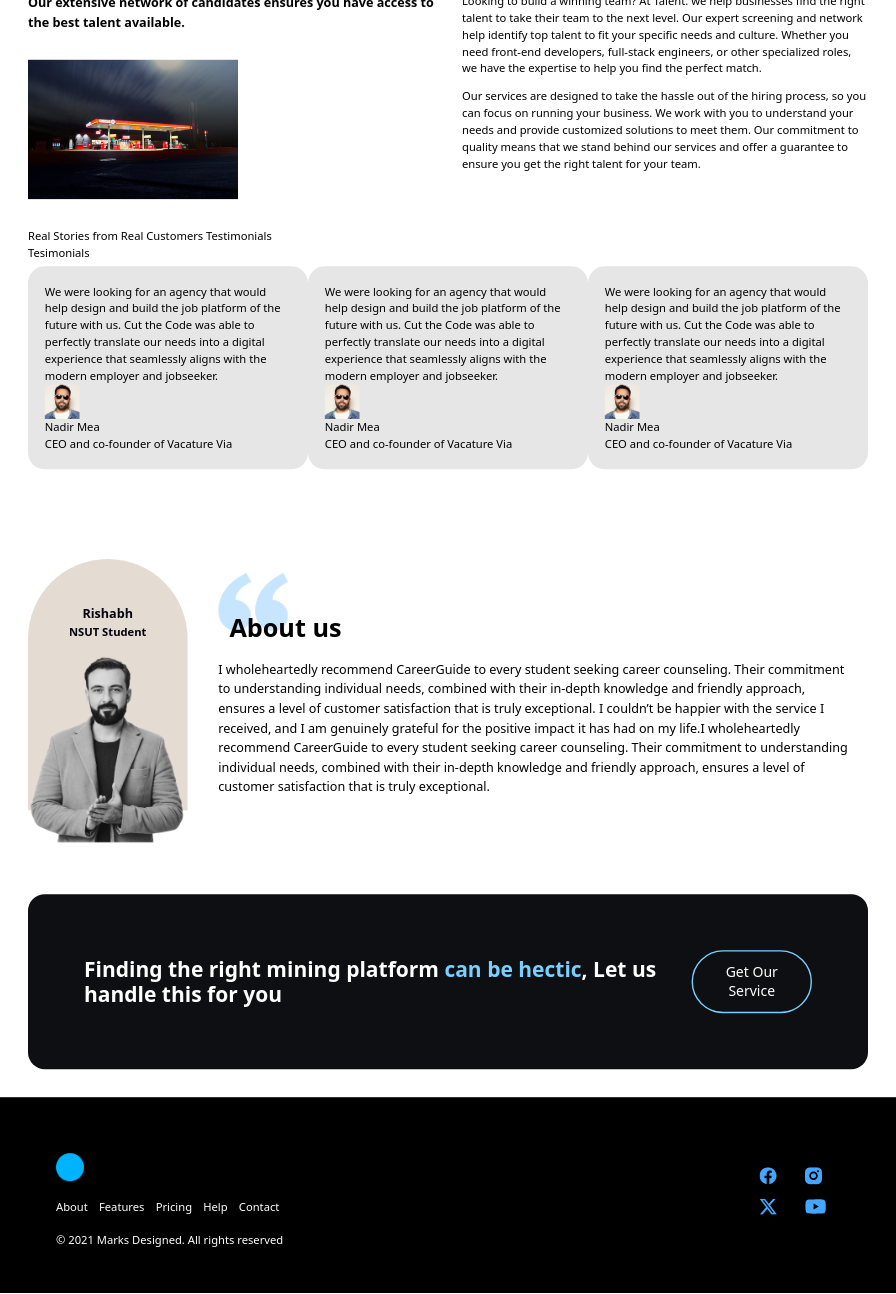
Repository: ayushtenguria/uniteksol
Page: /
The author's editor kept a copy of each file at every save. The page is drawn from the files as they stood at one save, then again after the next save.
The browser window is 1280 px wide. The pictures show the part of the page from y = 1098 to 3018 px (the page is 2946 px tall before and 3018 px after), at 70% of full size.
The project was rebuilt for these pictures with package versions that can differ from the ones it lists, and the page was loaded fresh each time. The framework's server and built-in components were replaced by stand-ins that run in the browser. Also part of the build but not shown: next.config.mjs.

Above is the page before, as saved 2024-02-23 20:47:50.

### pages/index.js
import Image from "next/image";
import { Inter } from "next/font/google";
import Layout from "@/components/Layout";
import Hero from "@/components/Hero";
import CompanyLogos from "@/components/companyLogos";
import Story from "@/components/Story";
import ServiceBanner from "@/components/serviceBanner";
import About from "@/components/About";
import Testimonials from "@/components/Testimonials";

const inter = Inter({ subsets: ["latin"] });

export default function Home() {
  return (
    <Layout>
      <Hero></Hero>
      <CompanyLogos></CompanyLogos>
      <Story></Story>
      <Testimonials></Testimonials>
      <About></About>
      <ServiceBanner></ServiceBanner>
    </Layout>
  );
}

### styles/globals.css
@tailwind base;
@tailwind components;
@tailwind utilities;

/* 79CFFF */

.btn-blue{
  background-color: #79CFFF;
  border-radius: 50px;
  padding: 5px 10px;
  font-weight: 500;
  margin-left: 4px;
}

.btn-black{
  background-color: #333333;
  color: #79CFFF;
  border-radius: 50px;
  padding: 15px 40px;
  font-weight: 500;
}

.btn-blueht{
  background-color: #0E0F13;
  color: #ffffff;
  border-radius: 50px;
  border: 2px solid #79CFFF;
  padding: 15px 40px;
  font-weight: 500;
}

### components/Layout.js
import Footer from "./Footer";
import Nav from "./Nav";

export default function Layout({children}){
    return(
        <div className="">
            <Nav></Nav>
                {children}
            <Footer></Footer>
        </div>
    )
}

### components/Hero.js
import Image from "next/image";
import Card from "./Card";

export default function Hero() {
  return (
    <div className="flex gap-4 m-10 grid-cols-2 justify-between text-fontBlack">
      <div className="w-1/2">
        <div className="my-10">
          <h1 className="text-4xl font-bold mb-6">
            We build your dream house with our passion
          </h1>
          <p className="text-lg font-semibold mb-6">
            Our core goal is to respond to today's{" "}
            <span className="underline">dynamic marked</span> by equipping our
            customers with the digital tools they need to remain competitive,
            build their business, and empower the consumer experience.
          </p>
          <button className="btn-black text-lg">Learn More</button>
        </div>
        <div>
          <div className="flex gap-4">
            <Card bgColor={"landingGray"}>
              <span className="text-lg font-bold pb-2">362</span>
              <br></br>Lorem ipsum dolor amet, consectetur adipiscing elit.
              Faucibus in libero.Lorem ipsum dolor amet,
            </Card>
            <Card bgColor={"landingBlue"}>
              <span className="text-lg font-bold pb-2">178K+</span>
              <br></br>
              Lorem ipsum dolor amet, consectetur adipiscing elit. Faucibus in
              libero.Lorem ipsum dolor amet,
            </Card>
          </div>
          <div>
            <Card bgColor={"landingGray"}>
              <div className="flex">
                <span className="text-lg font-bold pb-2">Title</span>
                <br></br>Lorem ipsum dolor amet, consectetur adipiscing elit.
                Faucibus in libero.Lorem ipsum dolor amet,
                <Image src="/home.png" width={200} height={200}></Image>
              </div>
            </Card>
          </div>
        </div>
      </div>
      <div className="w-1/2">
        <Image
          src="/pump2.jpg"
          width={800}
          height={800}
          alt="Petrol pump image"
        ></Image>
      </div>
    </div>
  );
}

### components/Story.js
import Image from "next/image";

export default function Story() {
  return (
    <div className="m-10 mt-20">
        <div><h2 className="text-4xl font-bold pb-10">Our Story</h2></div>
      <div className="flex gap-10">
        <div className="w-1/2">
          <h4 className="text-lg font-semibold pb-10">
            Our extensive network of candidates ensures you have access to the
            best talent available.
          </h4>
          <Image src="/pump3.jpg" width={300} height={300}></Image>
        </div>
        <div className="w-1/2">
          <p className="mb-4">
            Looking to build a winning team? At Talent. we help businesses find
            the right talent to take their team to the next level. Our expert
            screening and network help identify top talent to fit your specific
            needs and culture. Whether you need front-end developers, full-stack
            engineers, or other specialized roles, we have the expertise to help
            you find the perfect match.
          </p>
          <p>
            Our services are designed to take the hassle out of the hiring
            process, so you can focus on running your business. We work with you
            to understand your needs and provide customized solutions to meet
            them. Our commitment to quality means that we stand behind our
            services and offer a guarantee to ensure you get the right talent
            for your team.
          </p>
        </div>
      </div>
    </div>
  );
}

### components/serviceBanner.js
export default function ServiceBanner(){
    return(
        <div className="bg-landingBlack m-10 text-white p-20 rounded-3xl flex justify-between items-center font-semibold">
            <div className="text-3xl mr-10">
                Finding the right mining platform <span className="text-landingBlue">can be hectic</span>, Let us handle this for you
            </div>
            <div>
                <button className="btn-blueht text-xl">Get Our Service</button>
            </div>
        </div>
    )
}

### components/About.js
import Image from "next/image";

export default function About(){
    return(
        <div className="flex m-10 py-20 gap-6">
            <div className="bg-[#E4DCD3] rounded-t-full">
                <div className="flex justify-center relative top-16">
                    <p className="text-[#00010D] font-semibold"><span className="font-semibold flex justify-center text-lg">Rishabh</span> NSUT Student</p>
                </div>

                <Image src="/Person.png" width={1400} height={1400} className="relative top-20"></Image>
            </div>
            <div className="m-5">
                <Image src='/quote.png' width={100} height={100} className="relative z-0"></Image>
                <h2 className="text-4xl font-bold relative z-30 bottom-6 ml-4">
                    About us
                </h2>
                <p className="text-lg font-medium">
                I wholeheartedly recommend CareerGuide to every student seeking career counseling. Their commitment to understanding individual needs, combined with their in-depth knowledge and friendly approach, ensures a level of customer satisfaction that is truly exceptional. I couldn’t be happier with the service I received, and I am genuinely grateful for the positive impact it has had on my life.I wholeheartedly recommend CareerGuide to every student seeking career counseling. Their commitment to understanding individual needs, combined with their in-depth knowledge and friendly approach, ensures a level of customer satisfaction that is truly exceptional.
                </p>
            </div>
        </div>
    )
}

### components/Testimonials.js
import { TESTIMONIALS } from "@/constants/constants";
import Image from "next/image";
import Card from "./Card";
import SimpleSlider from "./SimpleSlider";
import Slider from "./SimpleSlider";

export default function Testimonials(){
    return(
        <div className="m-10">
            <h1 className="w-1/3">
            Real Stories from Real Customers
Testimonials
            </h1>
            <p>Tesimonials</p>
            <SimpleSlider dots={false} noOfSlides={3}  >
                {TESTIMONIALS.map((t)=>(
                <Card>
                    <div className="p-2">
                    <div>
                        {t.description}
                    </div>
                    <div>
                        <Image src={t.src} width={50} height={50}></Image>
                        <div>
                            <h3>{t.name}</h3>
                            <p>{t.designation}</p>
                        </div>
                    </div>
                    </div>
                </Card>
            ))}
            </SimpleSlider>

        </div>
    )
}

### components/Footer.js
import { FOOTER_LINKS } from "@/constants/constants";
import Image from "next/image";
import Link from "next/link";
import Socials from "./Socials";

export default function Footer() {
  return (
    <div className="w-screen h-full bg-black text-white flex justify-between p-20 pb-16">
      <div>
        <Image
          src="/blue-dot.png"
          width={40}
          height={40}
          alt="logo of company"
        ></Image>
        <div className="flex gap-4 my-6">
          {FOOTER_LINKS.map((item) => (
            <Link href={item.href}>{item.label}</Link>
          ))}
        </div>
      <div>© 2021 Marks Designed. All rights reserved</div>
      </div>
      <div>
        <Socials></Socials>
      </div>
    </div>
  );
}

### components/Nav.js
import { NAV_LINKS } from "@/constants/constants";
import Image from "next/image";
import Link from "next/link";

export default function Nav() {
  return (
    <div className="flex justify-between m-10">
      <div>
        <Image
          src="/blue-dot.png"
          width={40}
          height={40}
          alt="logo of company"
        ></Image>
      </div>
      <div className="hidden h-full lg:flex">
        {NAV_LINKS.map((item) => (
          <Link href={item.href} key={item.key} className="p-4">
            {item.label}
          </Link>
        ))}
        <button className="btn-blue">Book an Appointment!</button>
      </div>

      <div className="inline-block cursor-pointer lg:hidden">
        <svg
          xmlns="http://www.w3.org/2000/svg"
          fill="none"
          viewBox="0 0 24 24"
          stroke-width="1.5"
          stroke="currentColor"
          class="w-8 h-8"
        >
          <path
            stroke-linecap="round"
            stroke-linejoin="round"
            d="M3.75 6.75h16.5M3.75 12h16.5m-16.5 5.25h16.5"
          />
        </svg>
      </div>
    </div>
  );
}

### components/Card.js
export default function Card({title,bgColor,children,textColor}){
    const bgColorClass = bgColor ? `bg-${bgColor}` : "bg-black";
    const textColorClass = textColor ? `text-${textColor}` : "text-black";
    return(
        // <div className={bgColorClass+" rounded-lg border-2 border-black p-4 my-2" + textColorClass}>
        <div className={`bg-landingGray rounded-3xl p-4 my-2`}>
            {children}
        </div>
    )
}

### constants/constants.js
export const NAV_LINKS = [
    { href: '/solution', key: 'solution', label: 'Our Solution' },
    { href: '/nocode', key: 'no_code', label: 'No-Code' },
    { href: '/projects', key: 'projects', label: 'Projects' },
    { href: '/about', key: 'about', label: 'About us' },
    { href: '/contact', key: 'contact', label: 'Contact' }
];

export const FOOTER_LINKS = [
    { href: '/about', key: 'about', label: 'About' },
    { href: '/features', key: 'features', label: 'Features' },
    { href: '/pricing', key: 'pricing', label: 'Pricing' },
    { href: '/help', key: 'help', label: 'Help' },
    { href: '/contact', key: 'contact', label: 'Contact' }
];

export const TESTIMONIALS = [
    { src:'/testi1.png',name: 'Nadir Mea', designation:'CEO and co-founder of Vacature Via', key: 'about', description: 'We were looking for an agency that would help design and build the job platform of the future with us. Cut the Code was able to perfectly translate our needs into a digital experience that seamlessly aligns with the modern employer and jobseeker.' },
    { src:'/testi1.png',name: 'Nadir Mea', designation:'CEO and co-founder of Vacature Via', key: 'about', description: 'We were looking for an agency that would help design and build the job platform of the future with us. Cut the Code was able to perfectly translate our needs into a digital experience that seamlessly aligns with the modern employer and jobseeker.' },
    { src:'/testi1.png',name: 'Nadir Mea', designation:'CEO and co-founder of Vacature Via', key: 'about', description: 'We were looking for an agency that would help design and build the job platform of the future with us. Cut the Code was able to perfectly translate our needs into a digital experience that seamlessly aligns with the modern employer and jobseeker.' },
    { src:'/testi1.png',name: 'Nadir Mea', designation:'CEO and co-founder of Vacature Via', key: 'about', description: 'We were looking for an agency that would help design and build the job platform of the future with us. Cut the Code was able to perfectly translate our needs into a digital experience that seamlessly aligns with the modern employer and jobseeker.' },
    { src:'/testi1.png',name: 'Nadir Mea', designation:'CEO and co-founder of Vacature Via', key: 'about', description: 'We were looking for an agency that would help design and build the job platform of the future with us. Cut the Code was able to perfectly translate our needs into a digital experience that seamlessly aligns with the modern employer and jobseeker.' },
    { src:'/testi1.png',name: 'Nadir Mea', designation:'CEO and co-founder of Vacature Via', key: 'about', description: 'We were looking for an agency that would help design and build the job platform of the future with us. Cut the Code was able to perfectly translate our needs into a digital experience that seamlessly aligns with the modern employer and jobseeker.' },
    { src:'/testi1.png',name: 'Nadir Mea', designation:'CEO and co-founder of Vacature Via', key: 'about', description: 'We were looking for an agency that would help design and build the job platform of the future with us. Cut the Code was able to perfectly translate our needs into a digital experience that seamlessly aligns with the modern employer and jobseeker.' },
]

### components/SimpleSlider.js
import "slick-carousel/slick/slick.css";
import "slick-carousel/slick/slick-theme.css";

import React from "react";
import Slider from "react-slick";

export default function SimpleSlider({children,dots,noOfSlides}) {
    var settings = {
      dots: dots,
      infinite: false,
      speed: 500,
      slidesToShow: noOfSlides,
      slidesToScroll: 1,
      initialSlide: 0,
      responsive: [
        {
          breakpoint: 1024,
          settings: {
            slidesToShow: 2,
            slidesToScroll: 1,
            infinite: true,
            dots: true
          }
        },
        {
          breakpoint: 600,
          settings: {
            slidesToShow: 1,
            slidesToScroll: 1,
            initialSlide: 1
          }
        },
        {
          breakpoint: 480,
          settings: {
            slidesToShow: 1,
            slidesToScroll: 1
          }
        }
      ]
    };
    return (
      <div className="slider-container">
        <Slider {...settings}>
        {children}
        </Slider>
      </div>
    );
  }

Loaded but not shown: pages/_app.js (common file); pages/_document.js (common file); components/companyLogos.js (library); tailwind.config.js (common file); components/Socials.js (58 lines, source omitted)

After the next save:
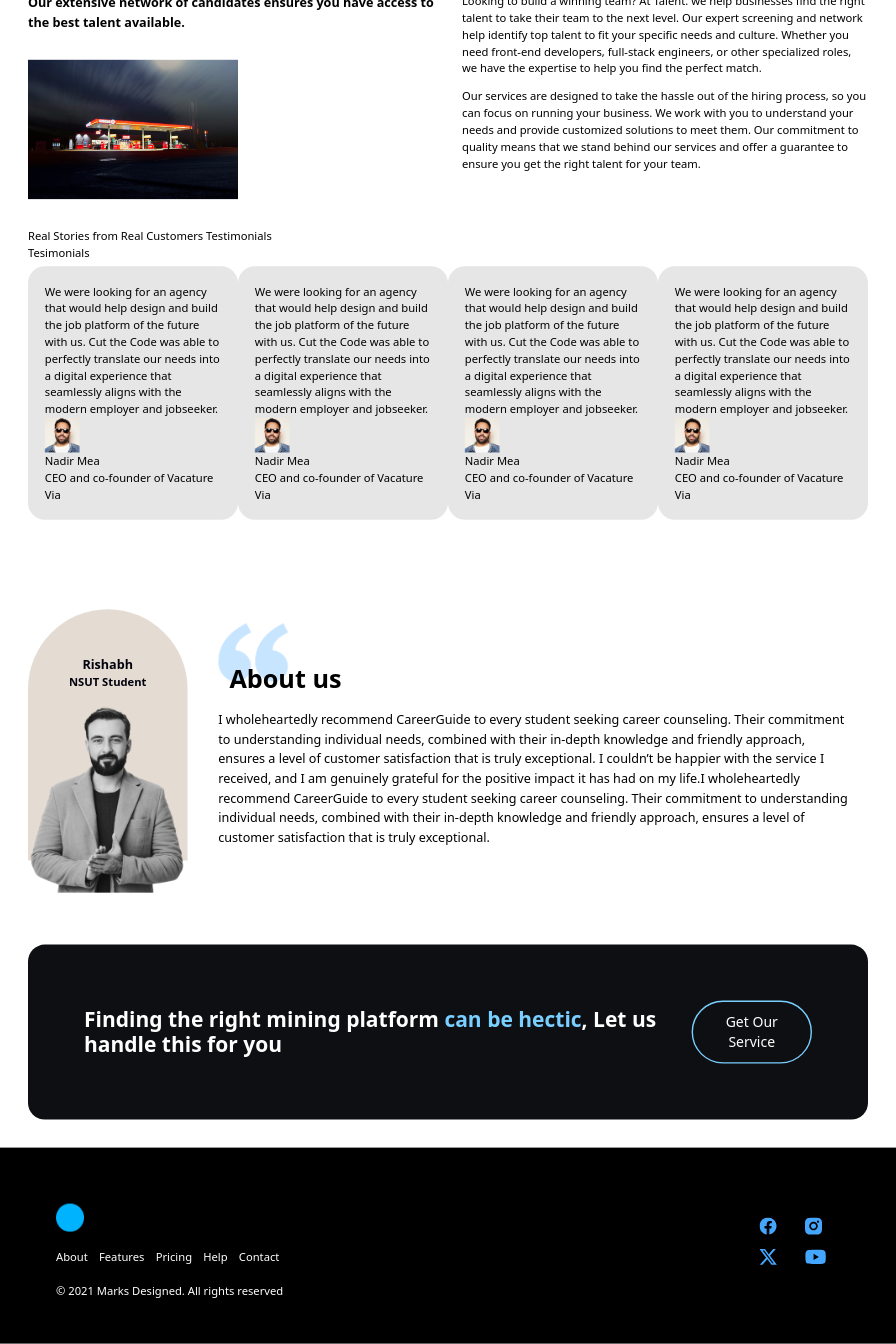
Saved 14 s later.
--- a/components/SimpleSlider.js
+++ b/components/SimpleSlider.js
@@ -9,7 +9,7 @@
       dots: dots,
       infinite: false,
       speed: 500,
-      slidesToShow: noOfSlides,
+      slidesToShow: 4,
       slidesToScroll: 1,
       initialSlide: 0,
       responsive: [

After the save that followed:
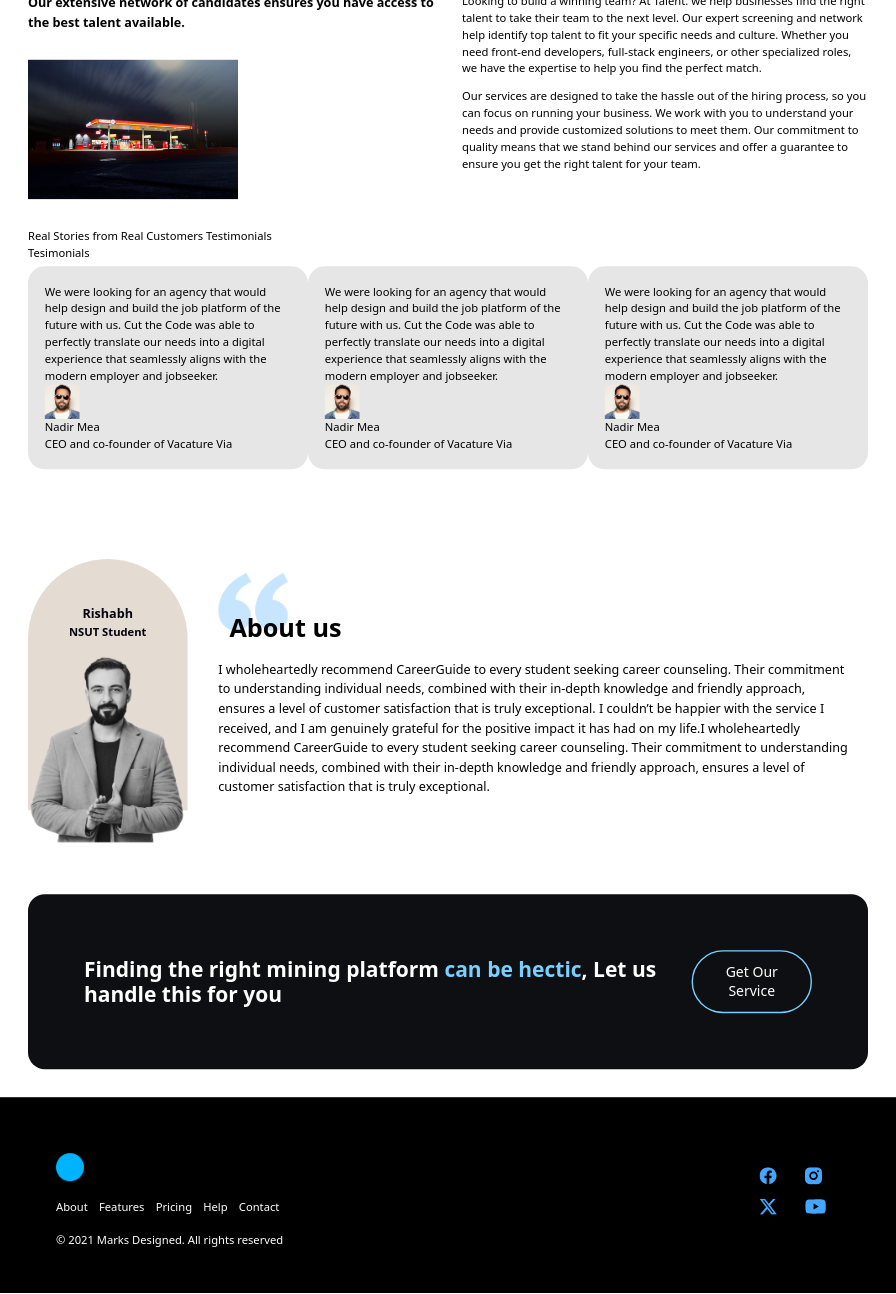
Saved 4 s later.
--- a/components/SimpleSlider.js
+++ b/components/SimpleSlider.js
@@ -9,7 +9,7 @@
       dots: dots,
       infinite: false,
       speed: 500,
-      slidesToShow: 4,
+      slidesToShow: noOfSlides,
       slidesToScroll: 1,
       initialSlide: 0,
       responsive: [
